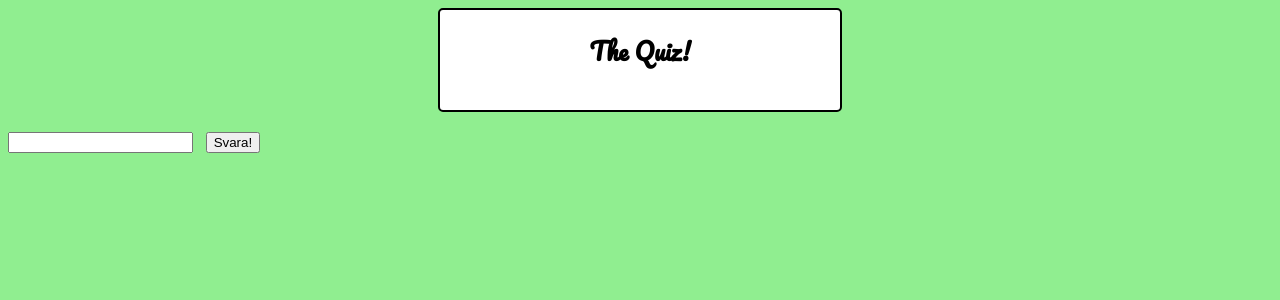
Repository: kn222gp/1dv403-laborationer
Page: 4-thequiz/index.html
The author's editor kept a record of every edit. The page is drawn from the files as they stood at one moment, then again after the next edit.
The browser window is 1280 px wide. The pictures show the whole page.
The page's requests for data from a server got no answer.

Above is the page before.

After the next edit:
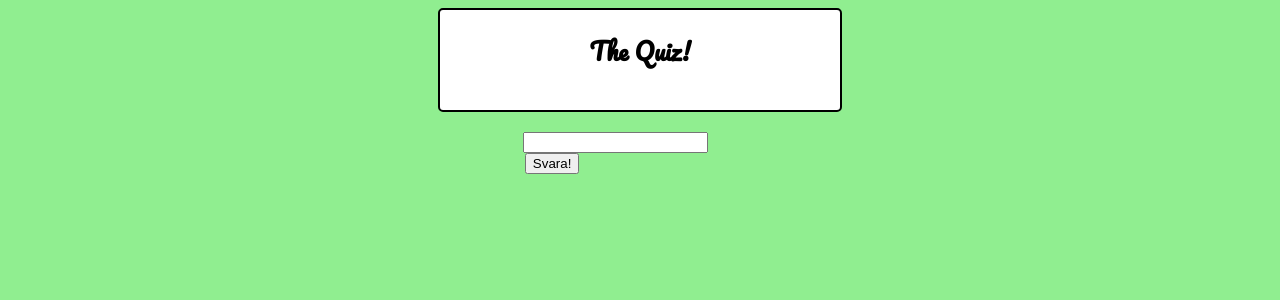
The edit:
--- a/4-thequiz/style.css
+++ b/4-thequiz/style.css
@@ -36,6 +36,14 @@
 
 }
 
+#input{
+        width: 235px;
+    margin-left:auto;
+    margin-right:auto;
+    margin-top:1%;
+    background-color: white;
+}
+
 #text{
     float:left;
 }
